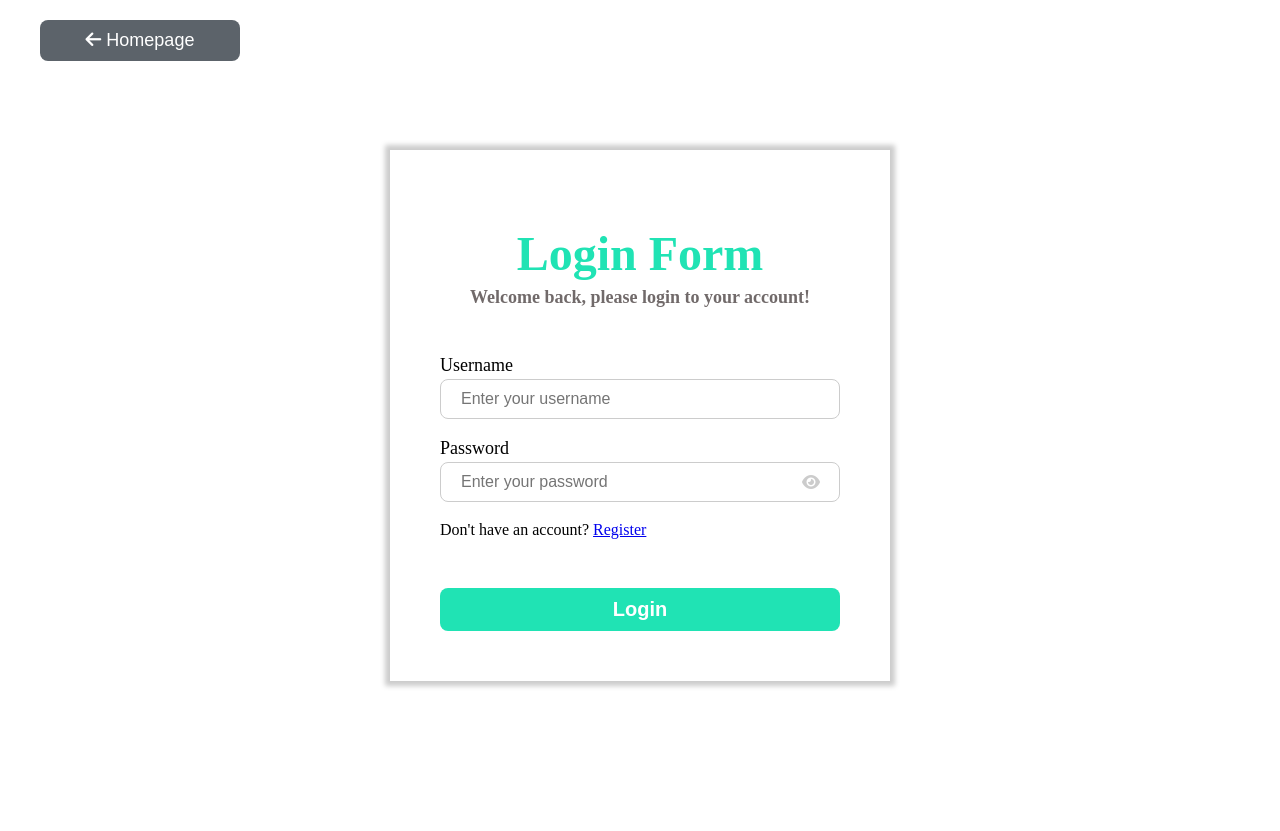
Repository: Trung0810/btl_cnpm_fe
Page: /
The author's editor kept a copy of each file at every save. The page is drawn from the files as they stood at one save, then again after the next save.
The browser window is 1280 px wide. The pictures show the whole page.
The project was rebuilt for these pictures with package versions that can differ from the ones it lists, and the page was loaded fresh each time. Also part of the build but not shown: src/components/header/header.css, src/components/header/Header.js, src/components/footer/Footer.css, src/components/footer/Footer.js, src/components/shoes_list/ShoesCard.css, src/components/shoes_list/ShoesCard.js, src/components/shoes_list/ShoesList.css, src/components/shoes_list/ShoesList.js and 14 more.

Above is the page before, as saved 2026-03-31 10:25:19.

### public/index.html
<!doctype html>
<html lang="en">
  <head>
    <meta charset="utf-8" />
    <link rel="icon" href="%PUBLIC_URL%/favicon.ico" />
    <meta name="viewport" content="width=device-width, initial-scale=1" />
    <meta name="theme-color" content="#000000" />
    <meta
      name="description"
      content="Web site created using create-react-app"
    />
    <link rel="apple-touch-icon" href="%PUBLIC_URL%/logo192.png" />
    <!--
      manifest.json provides metadata used when your web app is installed on a
      user's mobile device or desktop. See https://developers.google.com/web/fundamentals/web-app-manifest/
    -->
    <link rel="manifest" href="%PUBLIC_URL%/manifest.json" />
    <!--
      Notice the use of %PUBLIC_URL% in the tags above.
      It will be replaced with the URL of the `public` folder during the build.
      Only files inside the `public` folder can be referenced from the HTML.

      Unlike "/favicon.ico" or "favicon.ico", "%PUBLIC_URL%/favicon.ico" will
      work correctly both with client-side routing and a non-root public URL.
      Learn how to configure a non-root public URL by running `npm run build`.
    -->
    <link rel="preconnect" href="https://fonts.googleapis.com" />
    <link rel="preconnect" href="https://fonts.gstatic.com" crossorigin />
    <link
      href="https://fonts.googleapis.com/css2?family=DM+Sans:ital,opsz,wght@0,9..40,100..1000;1,9..40,100..1000&family=Oswald:wght@200..700&display=swap"
      rel="stylesheet"
    />
    <title>React App</title>
  </head>
  <body>
    <noscript>You need to enable JavaScript to run this app.</noscript>
    <div id="root"></div>
    <!--
      This HTML file is a template.
      If you open it directly in the browser, you will see an empty page.

      You can add webfonts, meta tags, or analytics to this file.
      The build step will place the bundled scripts into the <body> tag.

      To begin the development, run `npm start` or `yarn start`.
      To create a production bundle, use `npm run build` or `yarn build`.
    -->
  </body>
</html>

### src/index.js
import React from "react";
import ReactDOM from "react-dom/client";
import App from "./App";
import reportWebVitals from "./reportWebVitals";
import "./index.css";
import "./reset.css";
import "@fortawesome/fontawesome-free/css/all.min.css";

const root = ReactDOM.createRoot(document.getElementById("root"));
root.render(
  <React.StrictMode>
    <App />
  </React.StrictMode>,
);

// If you want to start measuring performance in your app, pass a function
// to log results (for example: reportWebVitals(console.log))
// or send to an analytics endpoint. Learn more: https://bit.ly/CRA-vitals
reportWebVitals();

### src/App.js
import { Fragment } from "react";
import Header from "./components/header/Header";
import Footer from "./components/footer/Footer";
import HomePage from "./components/home_page/HomePage";
import ShoesPage from "./components/shoes_page/ShoesPage";
import LoginForm from "./components/login_form/LoginForm";
import "./App.css";
import LoginPage from "./components/login_page/LoginPage";

function App() {
  return (
    <Fragment>
      {/* <Header></Header>
      <HomePage></HomePage>
      <ShoesPage></ShoesPage>
      <Footer></Footer> */}
      <LoginPage></LoginPage>
    </Fragment>
  );
}

export default App;

### src/index.css
body {
  margin: 0;
  font-family:
    -apple-system, BlinkMacSystemFont, "Segoe UI", "Roboto", "Oxygen", "Ubuntu",
    "Cantarell", "Fira Sans", "Droid Sans", "Helvetica Neue", sans-serif;
  -webkit-font-smoothing: antialiased;
  -moz-osx-font-smoothing: grayscale;
  font-family: "DM Sans", sans-serif;
}
body::-webkit-scrollbar {
  display: none;
}
code {
  font-family:
    source-code-pro, Menlo, Monaco, Consolas, "Courier New", monospace;
}
* {
  box-sizing: border-box;
}

### src/components/login_form/LoginForm.js
import React from "react";
import { useForm } from "react-hook-form";
import { yupResolver } from "@hookform/resolvers/yup";
import * as yup from "yup";
import "./LoginForm.css";

const LoginForm = () => {
  const schema = yup.object({
    username: yup
      .string()
      .required("Please enter your username!")
      .min(8, "Must be at least 8 characters!")
      .max(16, "Must be at most 16 characters!"),
    password: yup.string().required("Please enter your password!"),
  });

  const {
    register,
    handleSubmit,
    formState: { errors, isValid },
  } = useForm({
    mode: "onChange",
    resolver: yupResolver(schema),
  });

  const submit = (values) => {
    console.log(values);
  };

  return (
    <form className="login-form" onSubmit={handleSubmit(submit)}>
      <h2 className="login-form-title">Login Form</h2>
      <h3 className="login-form-desc">
        Welcome back, please login to your account!
      </h3>
      <div className="login-form-wrapper">
        <label htmlFor="username">Username</label>
        <input
          type="text"
          id="username"
          placeholder="Enter your username"
          {...register("username")}
        />
        {errors.username && (
          <div className="login-form-error">{errors.username.message}</div>
        )}
      </div>
      <div className="login-form-wrapper">
        <label htmlFor="password">Password</label>
        <input
          type="password"
          id="password"
          placeholder="Enter your password"
          {...register("password")}
        />
        <i className="fa fa-eye"></i>
        {/* <i className="fa fa-eye-slash"></i> */}
        {errors.password && (
          <div className="login-form-error">{errors.password.message}</div>
        )}
      </div>
      <div className="login-form-option">
        <p>
          Don't have an account? <a href="#">Register</a>
        </p>
      </div>
      <button
        type="submit"
        className="login-form-button"
        style={{ pointerEvents: isValid ? "" : "none" }}
      >
        Login
      </button>
    </form>
  );
};

export default LoginForm;

### src/App.css
input {
  display: block;
  font-size: 16px;
  font-weight: 500;
  padding: 10px 20px;
  border: 1px solid #ccc;
  border-radius: 8px;
  outline: none;
}
input:focus {
  border-color: #20e3b4;
}
button {
  display: block;
  width: 200px;
  padding: 10px 30px;
  font-size: 18px;
  font-weight: 500;
  border-radius: 8px;
  border: none;
  outline: none;
  cursor: pointer;
}

### src/components/login_page/LoginPage.js
import React, { Fragment } from "react";
import LoginForm from "../login_form/LoginForm";

const LoginPage = () => {
  return (
    <Fragment>
      <button
        style={{
          backgroundColor: "#5C636A",
          color: "#fff",
          position: "absolute",
          top: "20px",
          left: "40px",
        }}
      >
        <i className="fa fa-arrow-left"></i> Homepage
      </button>
      <LoginForm></LoginForm>
    </Fragment>
  );
};

export default LoginPage;

### src/components/login_form/LoginForm.css
.login-form {
  width: 500px;
  padding: 80px 50px 50px;
  margin: 150px auto;
  box-shadow: 0 0 5px 5px #ccc;
  user-select: none;
}
.login-form-title {
  font-size: 48px;
  font-weight: bold;
  color: #20e3b4;
  text-align: center;
  margin-bottom: 10px;
}
.login-form-desc {
  font-size: 18px;
  font-weight: bold;
  color: #716a6a;
  text-align: center;
  margin-bottom: 50px;
}
.login-form-wrapper {
  display: flex;
  flex-direction: column;
  row-gap: 5px;
  margin-bottom: 20px;
  position: relative;
}
.login-form-wrapper label {
  font-size: 18px;
  font-weight: 500;
}
.login-form-wrapper input {
  width: 100%;
}
.login-form-wrapper i {
  position: absolute;
  top: 35px;
  right: 20px;
  color: #ccc;
  cursor: pointer;
}
.login-form-error {
  font-weight: 500;
  color: #de4242;
}
.login-form-option {
  font-size: 16px;
}
.login-form-button {
  width: 100%;
  background-color: #20e3b4;
  font-size: 20px;
  font-weight: bold;
  color: #fff;
  margin-top: 50px;
}

Loaded but not shown: src/reportWebVitals.js (common file); src/reset.css (common file)

After the next save:
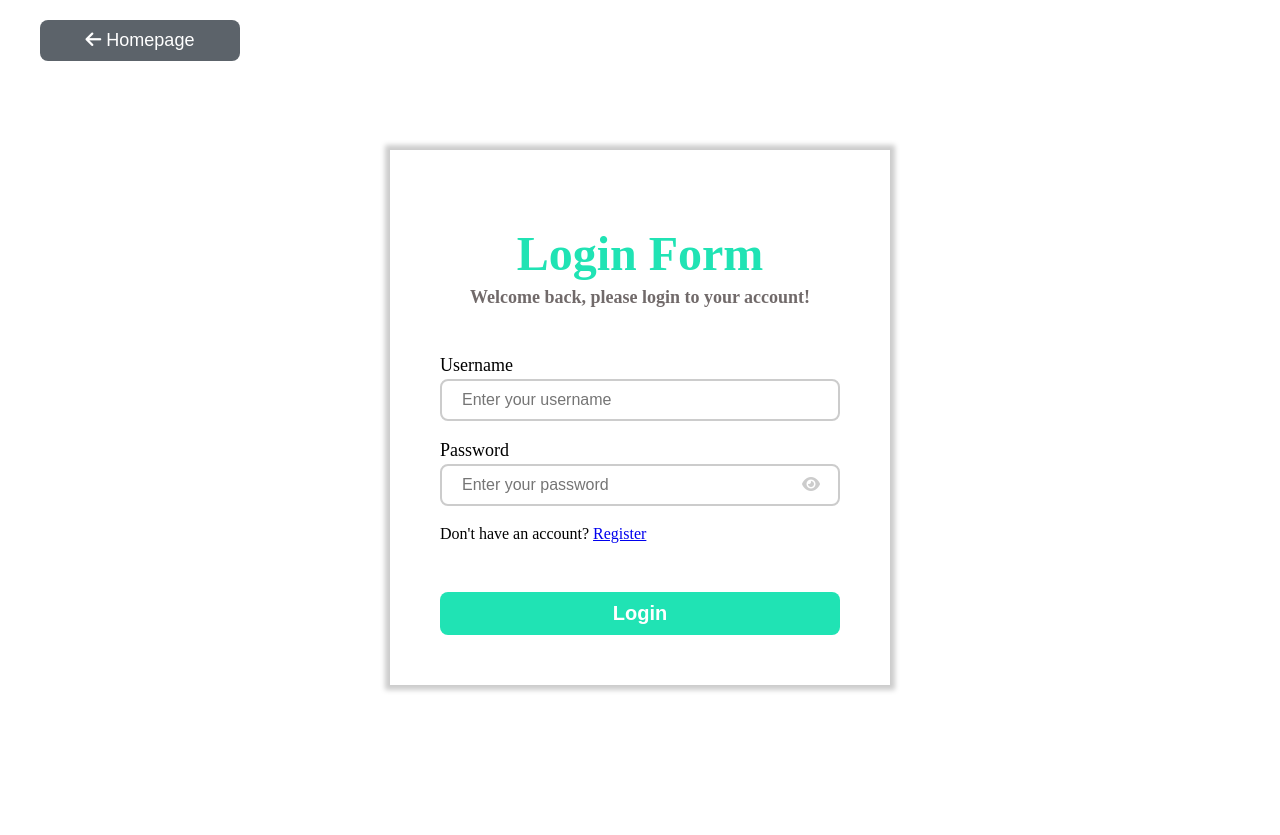
Saved 11 s later.
--- a/src/App.css
+++ b/src/App.css
@@ -3,7 +3,7 @@ input {
   font-size: 16px;
   font-weight: 500;
   padding: 10px 20px;
-  border: 1px solid #ccc;
+  border: 2px solid #ccc;
   border-radius: 8px;
   outline: none;
 }
